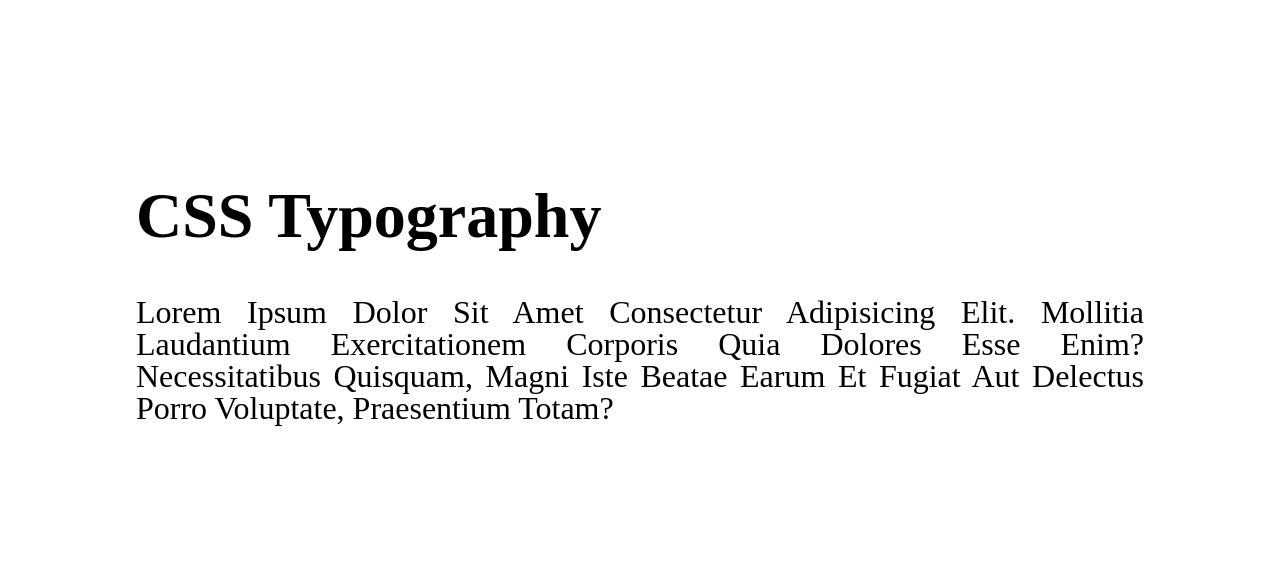
Repository: madhurik9999/Css
Page: index.html
An editor plug-in stored every save of this project. The page is shown before and after the next save, followed by the edit.
The browser window is 1280 px wide. The pictures show the whole page.

Above is the page before, as saved 2023-12-10 13:27:55.

After the next save:
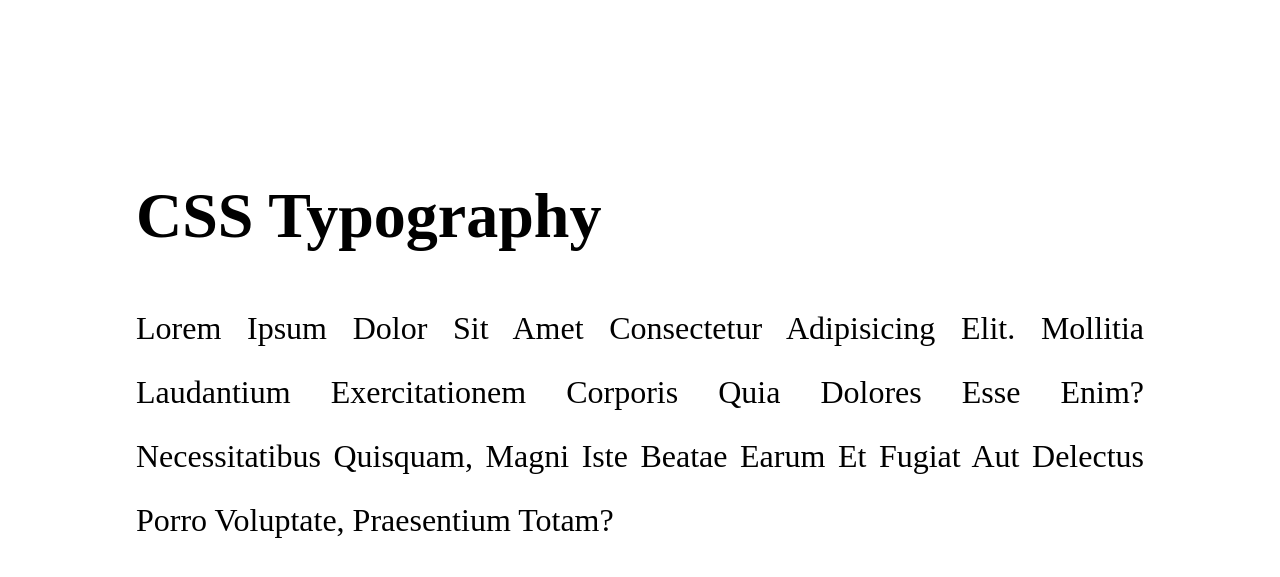
Saved 11 s later.
--- a/styles/style.css
+++ b/styles/style.css
@@ -16,5 +16,5 @@
     text-transform: lowercase;*/
     text-align: justify;
     /* text-indent: 5em;  // tab */
-    line-height: 2rem;
+    line-height: 4rem;
 }
